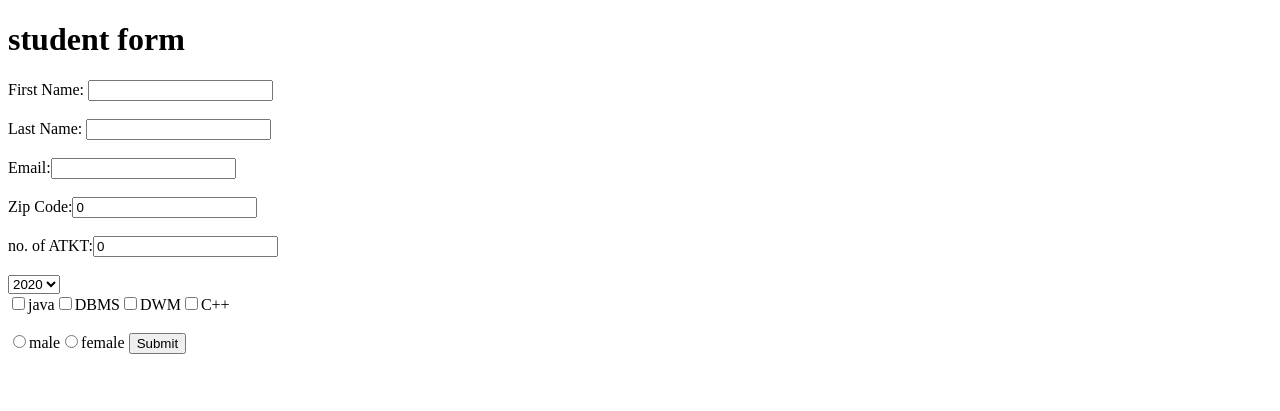
Repository: prathikpk/Springmvc
Page: http://localhost/springMvcDemo/student/showStudentForm
An editor plug-in stored every save of this project. The page is shown before and after the next save, followed by the edit.
The browser window is 1280 px wide. The pictures show the whole page.
The page is served by Tomcat 9. Other server files are loaded and not shown. The template is opened directly, without the code that normally fills it, so the values that code supplies are empty.

Above is the page before, as saved 2022-10-03 10:07:52.

### springMvcDemo/WebContent/WEB-INF/view/student-form.jsp
<%@ page language="java" contentType="text/html; charset=ISO-8859-1"
	pageEncoding="ISO-8859-1"%>
<%@ taglib prefix="form" uri="http://www.springframework.org/tags/form"%>
<%@ taglib uri="http://java.sun.com/jsp/jstl/core" prefix="c"%>
<!DOCTYPE html>
<html>
<head>
<meta charset="ISO-8859-1">
<title>Insert title here</title>
</head>
<body>
	<h1>student form</h1>

	<form:form action="processStudentForm" modelAttribute="theStudent">

		First Name: <form:input path="firstName" />
		<br><br>

		Last Name: <form:input path="lastName" />
		<form:errors path="lastName"></form:errors>
		<br><br>
		Email:<form:input path="email" />
		<br><br>
		Zip Code:<form:input path="zipCode" />
		<form:errors path="zipCode"></form:errors>
		<br><br>
		no. of ATKT:<form:input path="atkt" />
		<br><br>

		<form:select path="year">
			<form:options items="${theStudent.yearOption}" />
		</form:select>
         <br>
		<form:checkboxes items="${theStudent.subjects}"
			path="selectedSubjects" />
		<br><br>

		<form:radiobuttons items="${theStudent.genders}" path="selectedGender" />
		<input type="submit" value="Submit">


	</form:form>
</body>
</html>

After the next save:
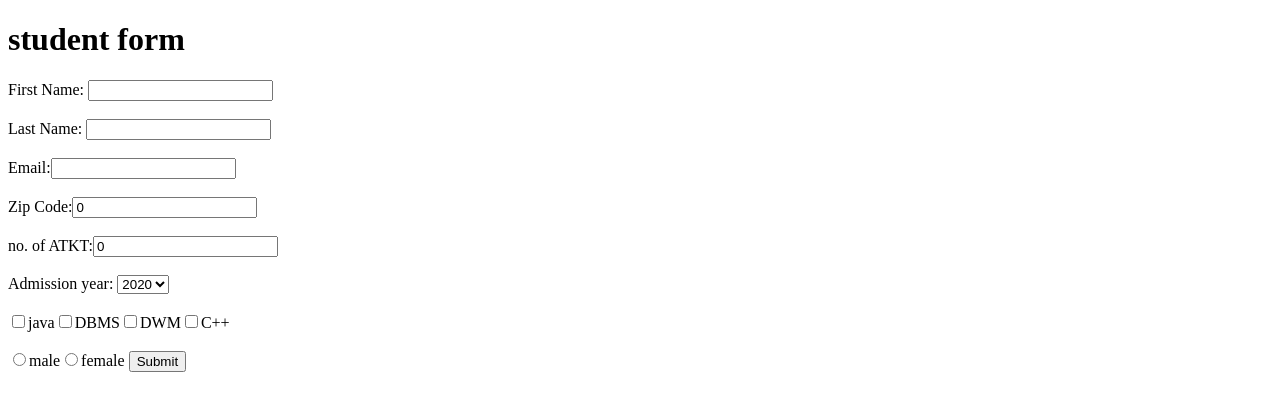
Saved 63 s later.
--- a/springMvcDemo/WebContent/WEB-INF/view/student-form.jsp
+++ b/springMvcDemo/WebContent/WEB-INF/view/student-form.jsp
@@ -26,11 +26,11 @@
 		<br><br>
 		no. of ATKT:<form:input path="atkt" />
 		<br><br>
-
+		Admission year:
 		<form:select path="year">
 			<form:options items="${theStudent.yearOption}" />
 		</form:select>
-         <br>
+         <br><br>
 		<form:checkboxes items="${theStudent.subjects}"
 			path="selectedSubjects" />
 		<br><br>
